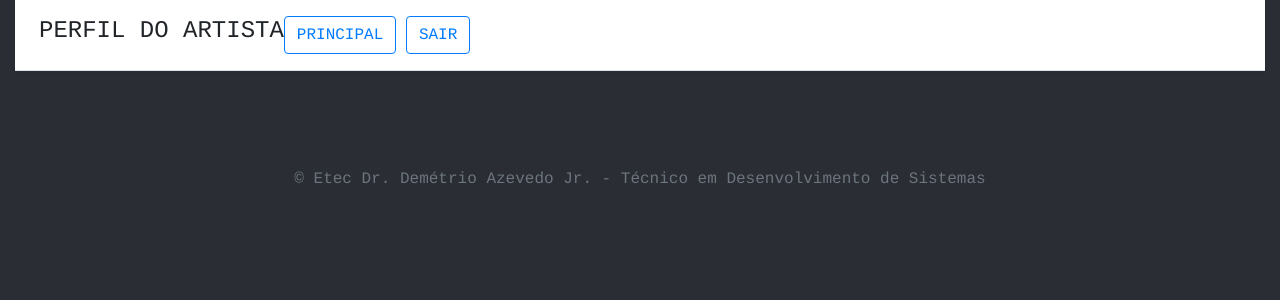
Repository: van051299/aula_20200211_crud
Page: http://localhost/perfil.php
An editor plug-in stored every save of this project. The page is shown before and after the next save, followed by the edit.
The browser window is 1280 px wide. The pictures show the whole page.
The page is run by PHP 8.4 with error messages shown; the project is at /var/www/html/. The session is filled in as if someone had signed in: {"login": "testuser"}. Other server files are loaded and not shown.

Above is the page before, as saved 2019-11-22 15:36:46.
Console error: TypeError: Cannot read properties of undefined (reading 'fn')

### 2511-v2.3/perfil.php
<?php
session_start();

include 'conexao.php';

if(empty($_SESSION["login"])){
	echo "<script>alert('Faça o login primeiramente!')</script>";
	header("Location:login.php");
}
?>

<!DOCTYPE html>
<html lang="pt-br">
	<head>
		<title>Perfil</title>
		<!-- Meta tags Obrigatórias -->
		<meta charset="utf-8" />
		<meta name="viewport" content="width=device-width, initial-scale=1, shrink-to-fit=no">
		<!-- Arquivo CSS Bootstrap -->
		<link rel="stylesheet" href="css/bootstrap.min.css" />
		<!-- Arquivo CSS do projeto -->
		<link rel="stylesheet" href="css/estilo.css" />
    <link rel="stylesheet" type="text/css" href="css/stylesheets.css">
		<!-- CSS interno -->
		<style>
		.container {
			max-width: 950px;

		}
		body {
			background-color: #2A2D34;
            font-family:courier,arial,helvetica;
		}
		</style>
  </head>

  <body>

    <div class="container-fluid">
        <div class="d-flex flex-column flex-md-row align-items-center p-3 px-md-4 mb-3 bg-white border-bottom shadow-sm">
            <h4>PERFIL DO ARTISTA</h4>
            <nav class="my-2 my-md-0 mr-md-3">
				<a class="btn btn-outline-primary" href="index.php">PRINCIPAL</a>
				<a class="btn btn-outline-primary" href="logout.php">SAIR</a>
      </nav>
  	</div><!-- fim class container -->
    <footer class="my-5 pt-5 text-muted text-center text-small">
        <p class="mb-1">&copy; Etec Dr. Demétrio Azevedo Jr. - Técnico em Desenvolvimento de Sistemas</p>
      </footer>
	<!-- documentos javascript -->
	<script src="js/bootstrap.min.js"></script>
	<script src="js/jquery.min.js"></script>
	<script src="js/popper.min.js"></script>
  </body>
</html>

### 2511-v2.3/conexao.php
<?php
$servidor = "localhost";
$usuario = "root";
$senha = ""; //minas
$database = "MUSICA";

$conexao = mysqli_connect($servidor, $usuario, $senha, $database);
mysqli_set_charset($conexao, "utf8");

if(!$conexao)
	echo "Falha na conexão do Database!" . mysqli_connect_error();
else
	//echo "Conexão bem-sucedida!";

?>

### 2511-v2.3/css/estilo.css
/* documento CSS */
html,
body {
  height: 100%;
}



.lh-condensed { line-height: 1.25; }

.form-signin {
  width: 100%;
  max-width: 300px;
  padding: 15px;
  margin: auto;
  text-align:center;
}
.form-signin {
  font-weight: 400;
}
.form-signin .form-control {
  position: relative;
  box-sizing: border-box;
  height: auto;
  padding: 10px;
  font-size: 16px;
}
.form-signin .form-control:focus {
  z-index: 2;
}
.form-signin input[type="text"] {
  margin-bottom: -1px;
  border-bottom-right-radius: 0;
  border-bottom-left-radius: 0;
}
.form-signin input[type="password"] {
  margin-bottom: 10px;
  border-top-left-radius: 0;
  border-top-right-radius: 0;
}
.semcadastro {
  padding-top: 30px;
}
.semcadastro p a{
  text-decoration:none;
  font-weight:800;
}

Loaded but not shown: 2511-v2.3/css/bootstrap.min.css (library); 2511-v2.3/js/bootstrap.min.js (library); 2511-v2.3/js/jquery.min.js (library); 2511-v2.3/js/popper.min.js (library); 2511-v2.3/css/stylesheets.css (no stored copy; drawn as an empty file)

After the next save:
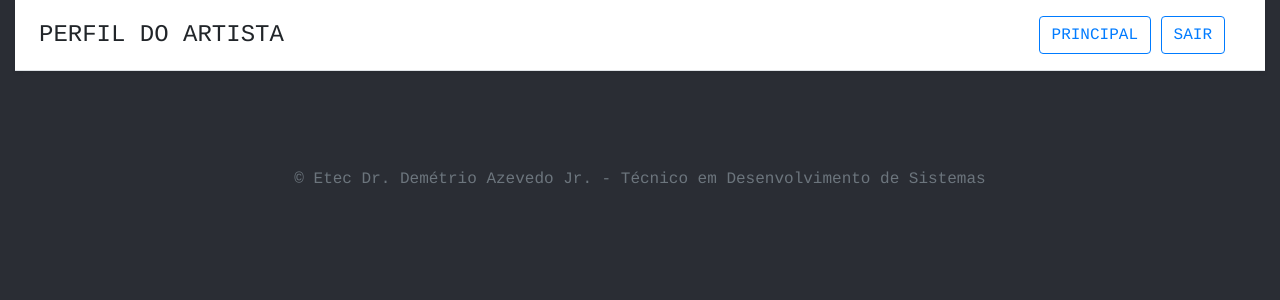
Saved 52 s later.
--- a/2511-v2.3/perfil.php
+++ b/2511-v2.3/perfil.php
@@ -38,7 +38,7 @@ if(empty($_SESSION["login"])){
 
     <div class="container-fluid">
         <div class="d-flex flex-column flex-md-row align-items-center p-3 px-md-4 mb-3 bg-white border-bottom shadow-sm">
-            <h4>PERFIL DO ARTISTA</h4>
+            <h4 class="my-0 mr-md-auto font-weight-normal">PERFIL DO ARTISTA</h4>
             <nav class="my-2 my-md-0 mr-md-3">
 				<a class="btn btn-outline-primary" href="index.php">PRINCIPAL</a>
 				<a class="btn btn-outline-primary" href="logout.php">SAIR</a>
